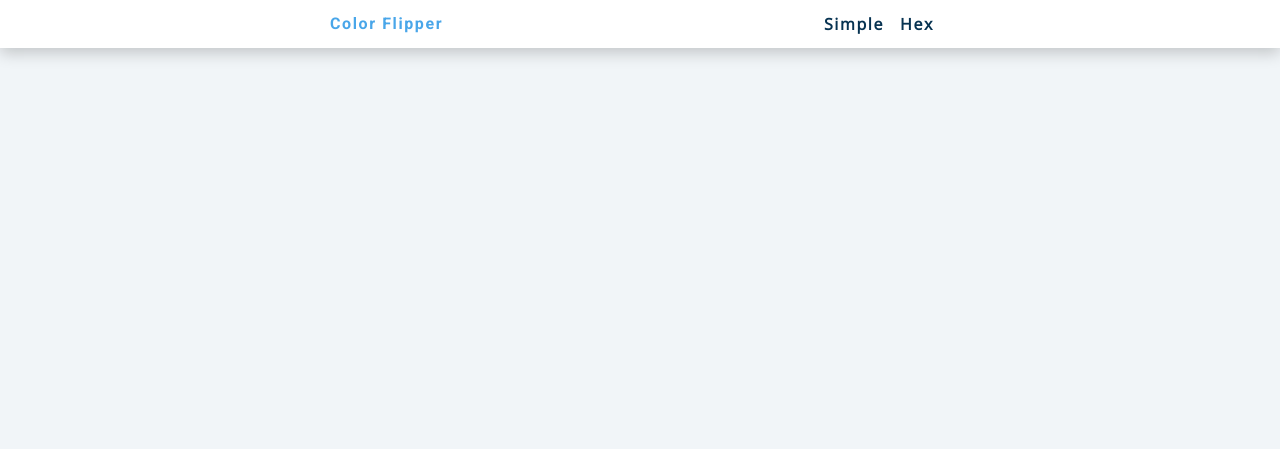
Repository: Vickydew1/ChangeBgcolor
Page: index.html
An editor plug-in stored every save of this project. The page is shown before and after the next save, followed by the edit.
The browser window is 1280 px wide. The pictures show the whole page.

Above is the page before, as saved 2022-01-10 03:07:41.

After the next save:
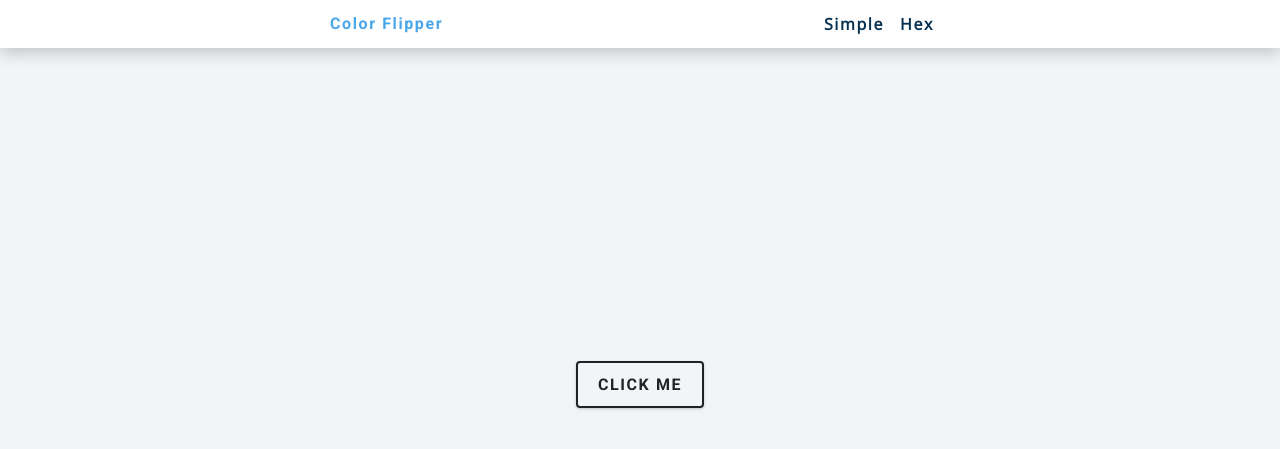
Saved 90 s later.
--- a/index.html
+++ b/index.html
@@ -22,6 +22,11 @@
         </ul>
       </div>
     </nav>
+    <main>
+      <div class="container">
+        <button class="btn btn-hero" id="btn">Click Me</button>
+      </div>
+    </main>
     <!-- javascript -->
     <script src="app.js"></script>
   </body>
